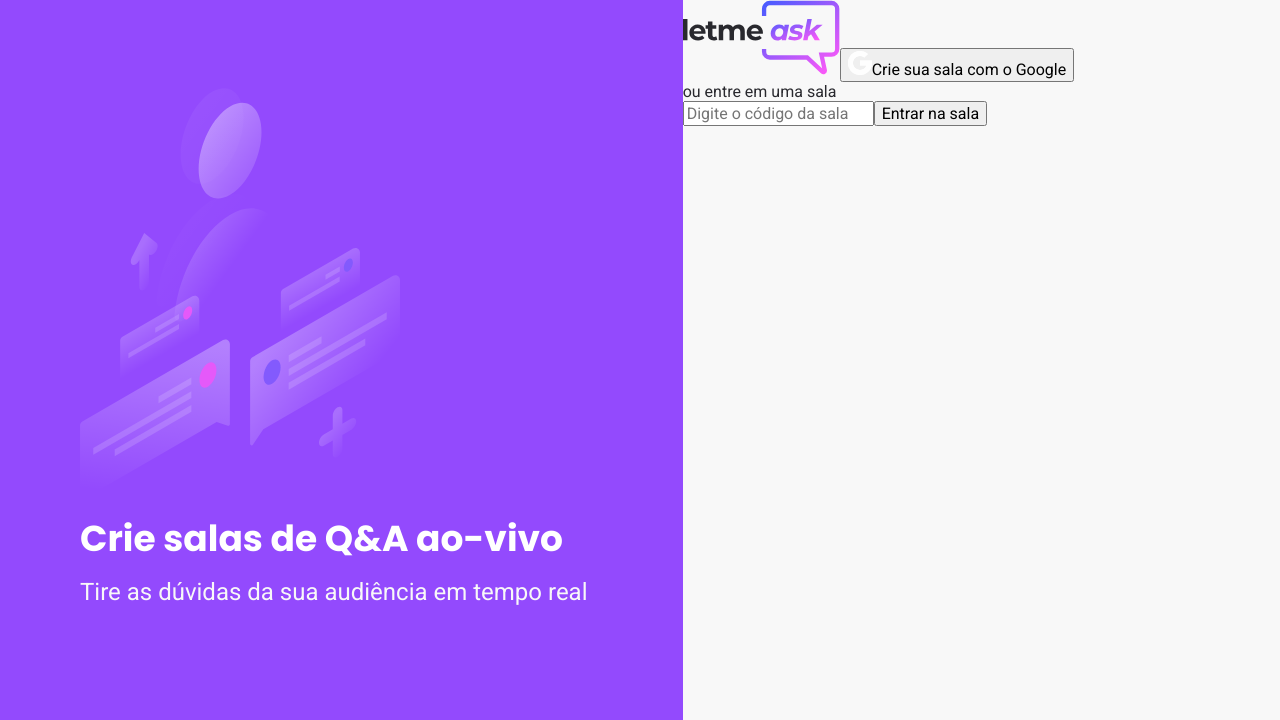
Repository: JoaoGabriel-py/react-project
Page: / (app in letmeask/)
An editor plug-in stored every save of this project. The page is shown before and after the next save, followed by the edit.
The browser window is 1280 px wide. The pictures show the whole page.
The project was rebuilt for these pictures with package versions that can differ from the ones it lists, and the page was loaded fresh each time.

Above is the page before, as saved 2021-06-21 23:31:28.

### letmeask/public/index.html
<!DOCTYPE html>
<html lang="en">
  <head>
    <meta charset="utf-8" />
    <meta name="viewport" content="width=device-width, initial-scale=1" />
    <link rel="preconnect" href="https://fonts.gstatic.com">
    <link href="https://fonts.googleapis.com/css2?family=Poppins:wght@400;700&family=Roboto:wght@400;500&display=swap" rel="stylesheet">

    <title>Letmeask</title>
  </head>
  <body>
    <noscript>You need to enable JavaScript to run this app.</noscript>
    <div id="root"></div>

  </body>
</html>

### letmeask/src/index.tsx
import React from 'react';
import ReactDOM from 'react-dom';
import App from './App';

import './services/firebase';

import './styles/global.scss'

ReactDOM.render(
  <React.StrictMode>
    <App />
  </React.StrictMode>,
  document.getElementById('root')
);

### letmeask/src/services/firebase.ts
import firebase from 'firebase/app';

import 'firebase/auth';
import 'firebase/database';

const firebaseConfig = {
    apiKey: process.env.REACT_APP_API_KEY,
    authDomain: process.env.REACT_APP_AUTH_DOMAIN,
    databaseURL: process.env.REACT_APP_DATABASE_URL,
    projectId: process.env.REACT_APP_PROJECT_ID,
    storageBucket: process.env.REACT_APP_STORAGE_BUCKET,
    messagingSenderId: process.env.REACT_APP_MESSAGING_SENDER_ID,
    appId: process.env.REACT_APP_APP_ID
  };

  firebase.initializeApp(firebaseConfig);

 export const auth = firebase.auth();
 export const database = firebase.database();

### letmeask/src/styles/global.scss
body {
    margin: 0;
    padding: 0;
    box-sizing: border-box;
}

body {
    background: #f8f8f8;
    color: #29292e;
}

body, input, button, textarea {
    font: 400 16px 'Roboto', sans-serif;
}

### letmeask/src/pages/Home.tsx
import illustrationImg from '../assets/images/illustration.svg';
import logoImg from '../assets/images/logo.svg';
import googleIconImg from '../assets/images/google-icon.svg';

import '../styles/auth.scss'

export function Home() {
    return (
        <div id="page-auth">
            <aside>
                <img src={illustrationImg} alt="Ilustração simbolizando perguntas e respostas" />
                <strong>Crie salas de Q&amp;A ao-vivo</strong>
                <p>Tire as dúvidas da sua audiência em tempo real</p>
            </aside>
            <main>
                <div>
                    <img src={logoImg} alt="Letmeask" />
                    <button>
                        <img src={googleIconImg} alt="Logo do Google" />
                        Crie sua sala com o Google
                    </button>
                    <div>ou entre em uma sala</div>
                    <form>
                        <input
                          type="text"
                          placeholder="Digite o código da sala"
                        />
                        <button type="submit">
                            Entrar na sala
                        </button>
                    </form>
                </div>
            </main>
        </div>
    )
}

### letmeask/src/styles/auth.scss
#page-auth {
    display: flex;
    align-items: stretch;
    height: 100vh;

    aside {
        flex: 7;

        background: #934afd;
        color: #fff;

        display: flex;
        flex-direction: column;
        justify-content: center;

        padding: 120px 80px;

        img {
            max-width: 320px;
        }

        strong {
            font: 700 36px 'Poppins', sans-serif;
            line-height: 42px;
            margin-top: 16px;
        }

        p {
            font-size: 24px;
            line-height: 32px;
            margin-top: 16px;
            color: #f8f8f8;
        }
    }

    main {
        flex: 8;
    }
}

Loaded but not shown: letmeask/src/App.tsx (common file)

After the next save:
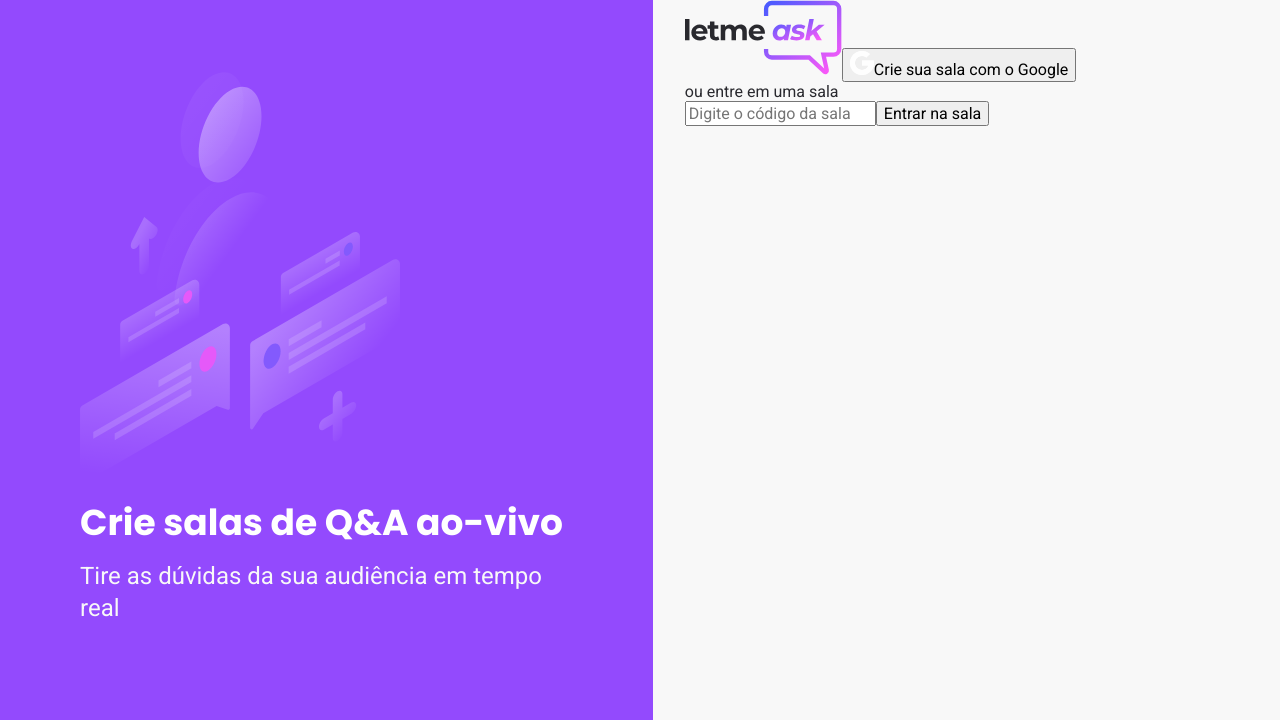
Saved 2 min 1 s later.
--- a/letmeask/src/styles/auth.scss
+++ b/letmeask/src/styles/auth.scss
@@ -35,5 +35,7 @@
 
     main {
         flex: 8;
+
+        padding: 0 32px;
     }
 }
